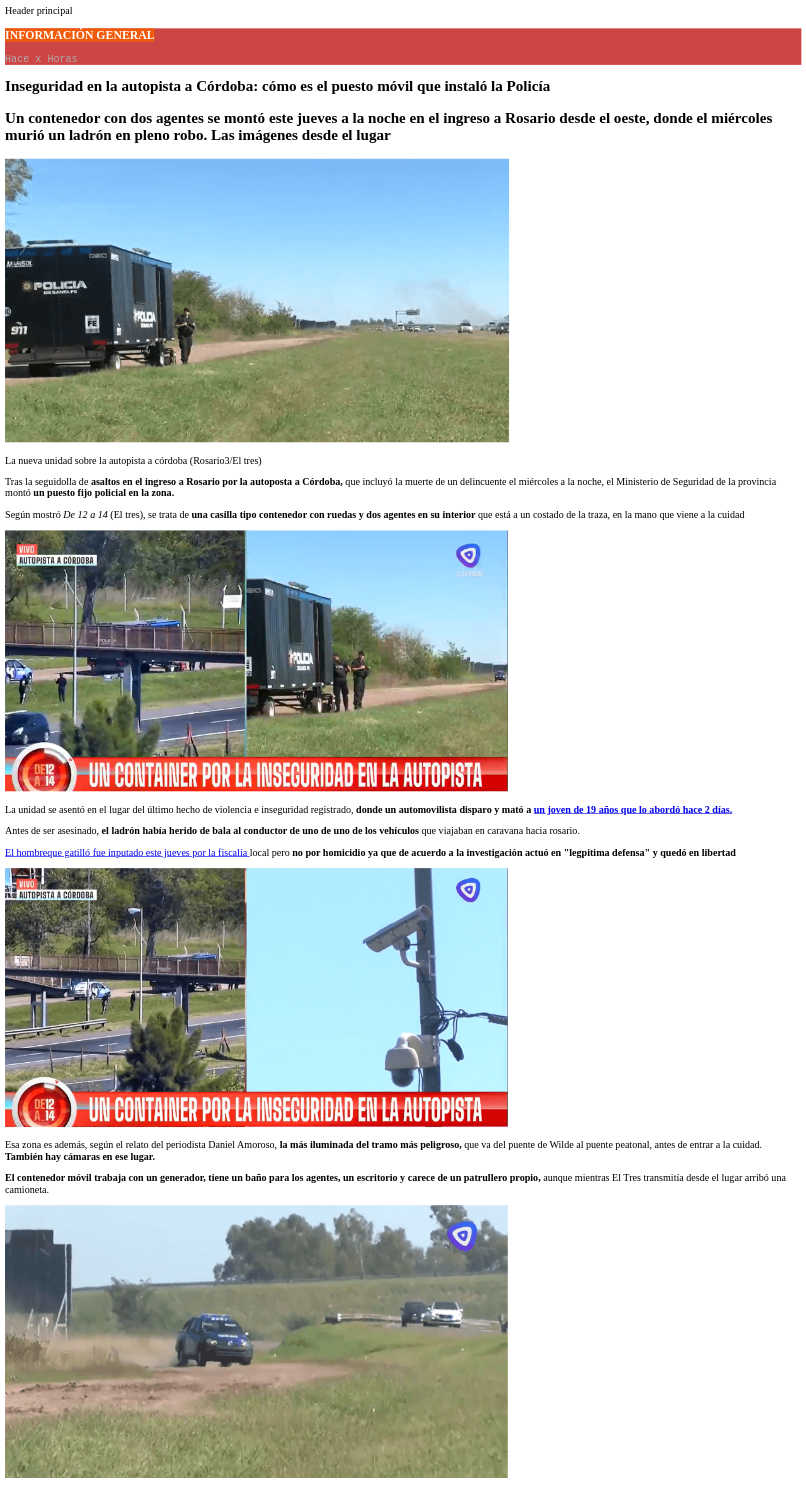
Repository: Larrowo/LPPA
Page: Clase 2/index.html
An editor plug-in stored every save of this project. The page is shown before and after the next save, followed by the edit.
The browser window is 1280 px wide. The pictures show the whole page, at 63% of full size.

Above is the page before, as saved 2022-04-16 16:42:54.

### Clase 2/index.html
<!DOCTYPE html>
<html lang="en">
<head>
    <meta charset="UTF-8">
    <meta http-equiv="X-UA-Compatible" content="IE=edge">
    <meta name="viewport" content="width=device-width, initial-scale=1.0">
    <title>Noticia LPPA</title>
    <link rel="stylesheet" href="style.css">
</head>
<body>
    <header>
        Header principal
    </header>
    <main class="conteiner">
        <article class="articulo">
            <div class="notaMainPart">
                <div class="notaTopPart">
                    <div class="volanta">
                        <h3 class="claseNoticia">
                            <a class="linkClaseNoticia" href="https://www.rosario3.com/seccion/informacion-general" style="text-decoration:none">Información General</a>
                        </h3>
                        <p class="fecha-nota"><time>Hace x Horas</time></p>

                    </div>
                    <h1>
                        Inseguridad en la autopista a Córdoba: cómo es el puesto móvil que instaló la Policía
                    </h1>
                    <h2>
                        <p>
                            Un contenedor con dos agentes se montó este jueves a la noche en el ingreso a Rosario desde el oeste, donde el miércoles murió un ladrón en pleno robo. Las imágenes desde el lugar
                        </p>
                    </h2>
                    <div class="fotoPrincipal">
                        <img src="/Clase 2/photos/fotoPrincipal.png" alt="">

                    </div>
                    <div class="descripcionFoto">
                        <p>La nueva unidad sobre la autopista a córdoba (Rosario3/El tres)</p>
                    </div>
                </div>
                <div class="cuerpoNota">
                    <p>Tras la seguidolla de <strong> asaltos en el ingreso a Rosario por la autoposta a Córdoba,</strong> que incluyó la muerte de un delincuente el miércoles a la noche, el Ministerio de Seguridad de la provincia montó <strong>un puesto fijo policial en la zona.</strong></p>
                    <p>Según mostró <em>De 12 a 14</em> (El tres), se trata de <strong>una casilla tipo contenedor con ruedas y dos agentes en su interior</strong> que está a un costado de la traza, en la mano que viene a la cuidad</p>
                    <div class="segundaImagen">
                        <img src="/Clase 2/photos/segundaImagen.png" alt="">
                    </div>
                    <p>La unidad se asentó en el lugar del último hecho de violencia e inseguridad registrado, <strong>donde un automovilista disparo y mató a <a href="https://www.rosario3.com/policiales/Quien-era-y-que-se-sabe-del-crimen-del-ladron-en-la-autopista-Rosario-Cordoba-20220414-0011.html" target="_blank"> un joven de 19 años que lo abordó hace 2 días.</a></strong></p>
                    <p>Antes de ser asesinado, <strong>el ladrón había herido de bala al conductor de uno de uno de los vehículos </strong>que viajaban en caravana hacia rosario.</p>
                    <p><a href="https://www.rosario3.com/policiales/Ladron-muerto-en-la-autopista-imputaron-al-automovilista-pero-bajo-legitima-defensa-20220414-0082.html" target="_blank">El hombreque gatilló fue inputado este jueves por la fiscalía </a>local pero <strong>no por homicidio ya que de acuerdo a la investigación actuó en "legpitima defensa" y quedó en libertad</strong></p>
                    <div class="terceraImagen">
                        <img src="/Clase 2/photos/terceraImagen.png" alt="">
                    </div>
                    <p>Esa zona es además, según el relato del periodista Daniel Amoroso, <strong>la más iluminada del tramo más peligroso,</strong> que va del puente de Wilde al puente peatonal, antes de entrar a la cuidad. <Strong>También hay cámaras en ese lugar.</Strong></p>
                    <p><strong>El contenedor móvil trabaja con un generador, tiene un baño para los agentes, un escritorio y carece de un patrullero propio,</strong> aunque mientras El Tres transmitía desde el lugar arribó una camioneta.</p>
                    <div class="cuartaImagen">
                        <img src="/Clase 2/photos/cuartaImagen.png" alt="">
                    </div>
                </div>
            </div>
        </article>
    </main>
</body>
</html>

### Clase 2/style.css
.fecha-nota{
   font-family: "Space Mono", monospace;
   color: #adadad;
}

.linkClaseNoticia{
    color: #ffffff;
    background-color: #f15a08;
    text-transform: uppercase;
}

.volanta{

    background-color: #cd4545;
}

After the next save:
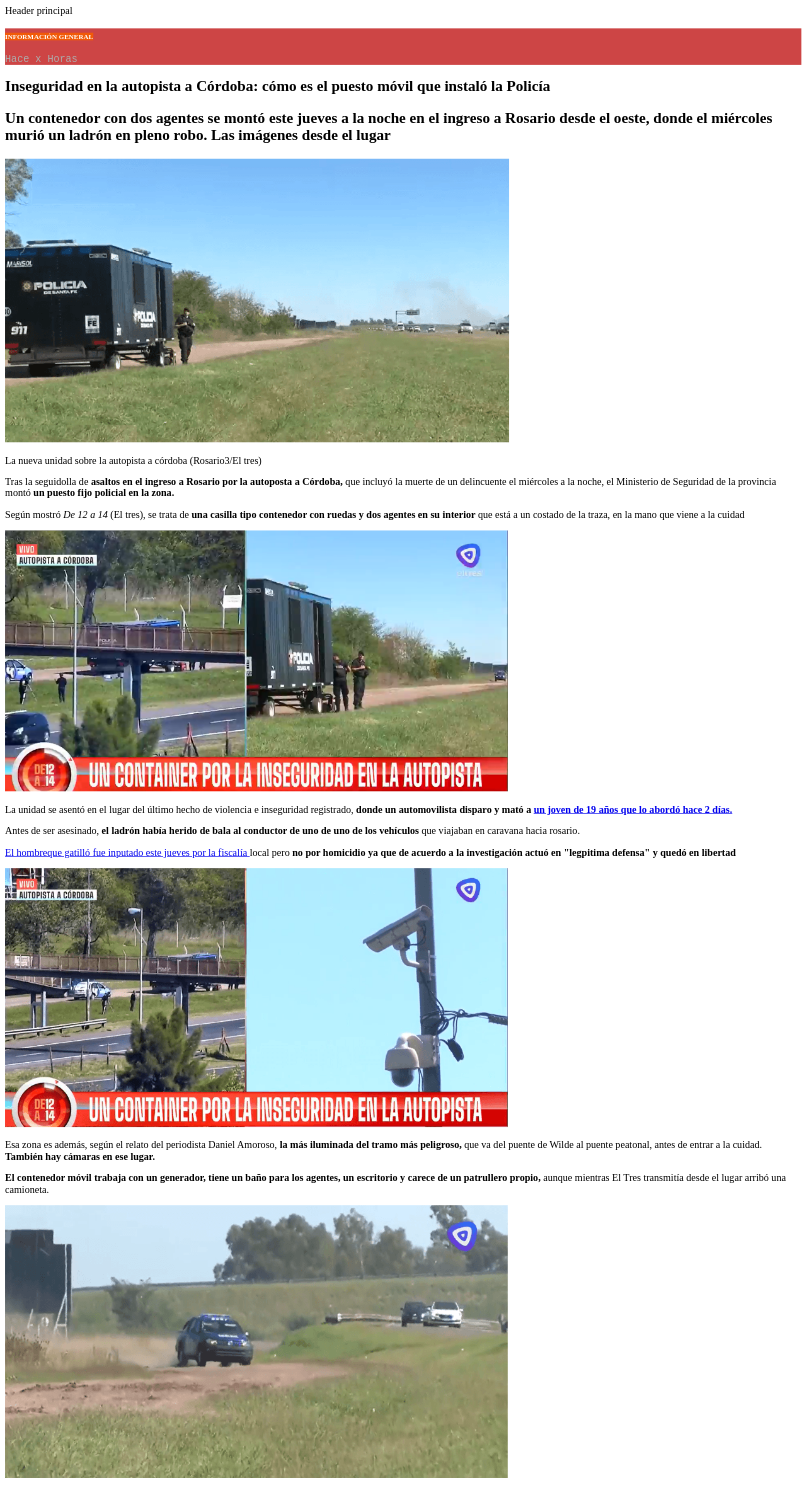
Saved 11 s later.
--- a/Clase 2/style.css
+++ b/Clase 2/style.css
@@ -7,6 +7,7 @@
     color: #ffffff;
     background-color: #f15a08;
     text-transform: uppercase;
+    font-size:11px;
 }
 
 .volanta{
